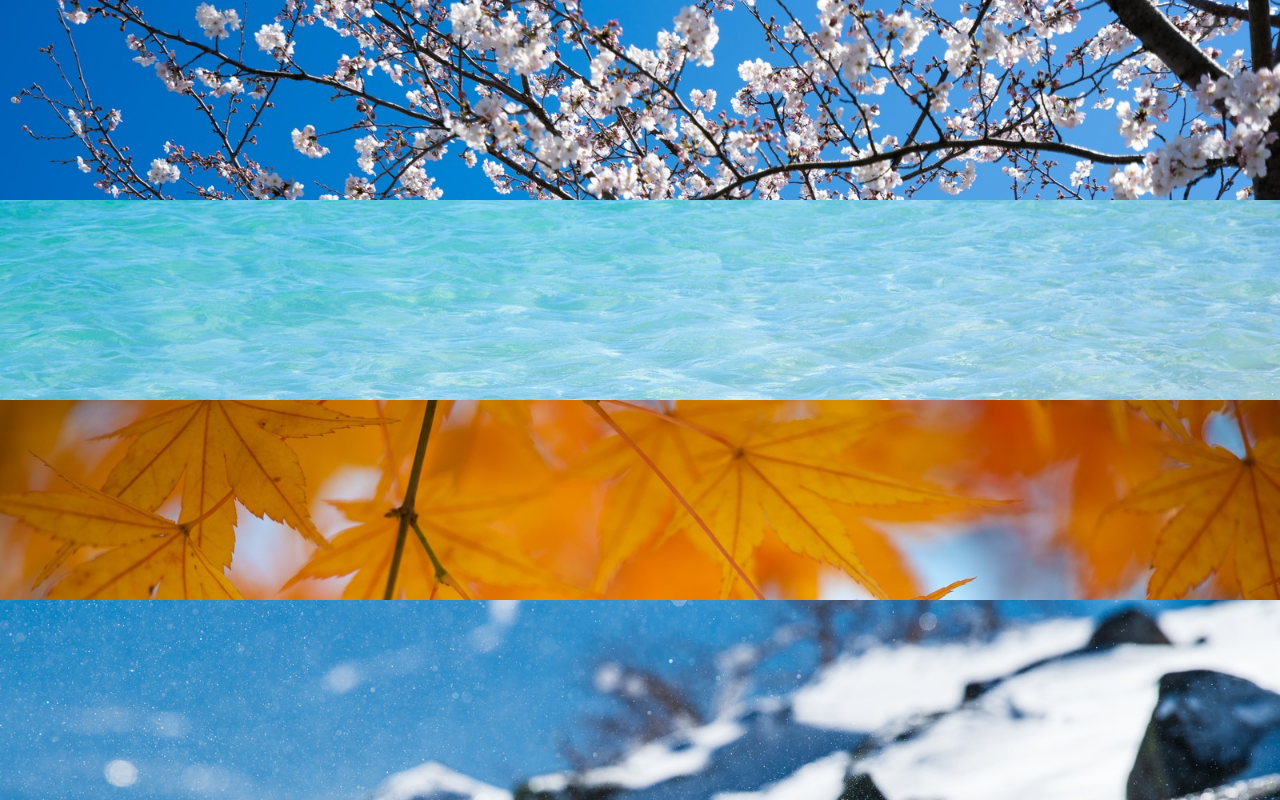
Repository: hayase-m/Webcamp
Page: chapter6/chapter6.html
The author's editor kept a record of every edit. The page is drawn from the files as they stood at one moment, then again after the next edit.
The browser window is 1280 px wide. The pictures show the whole page.

Above is the page before.

After the next edit:
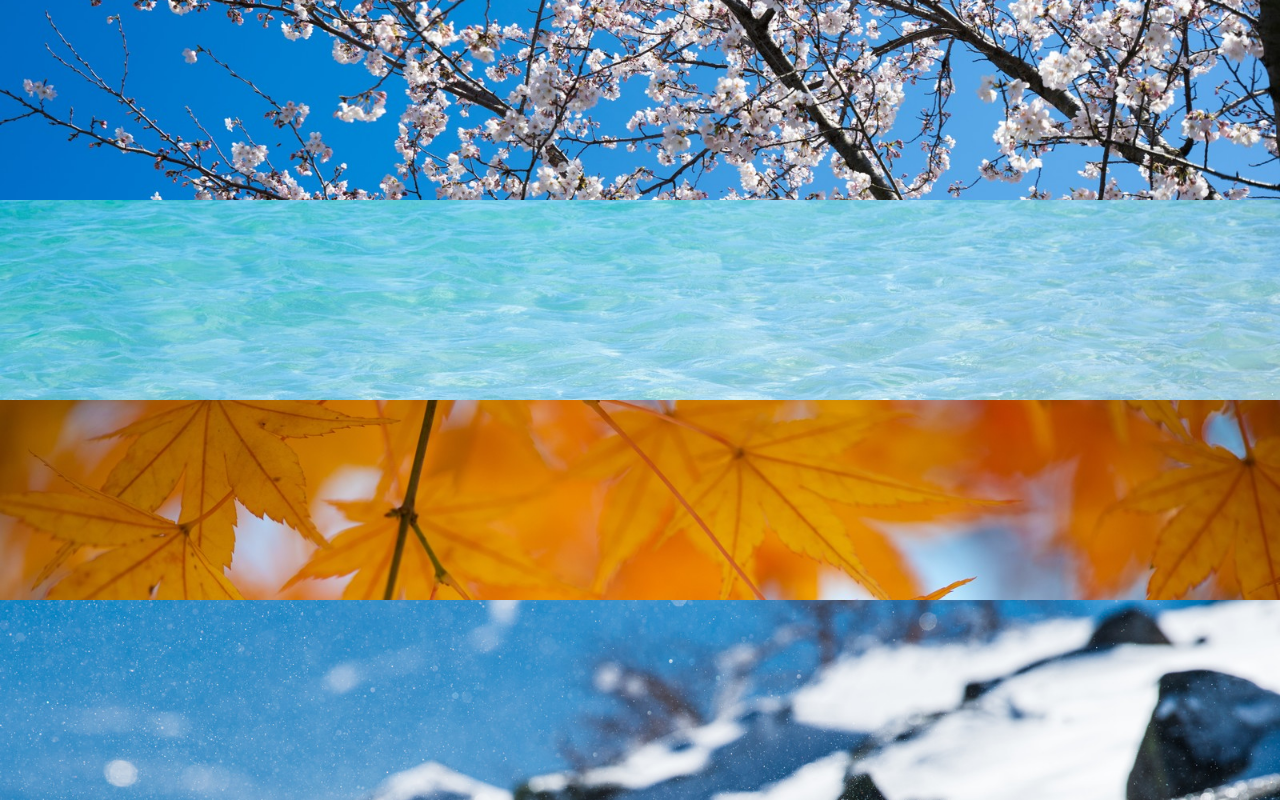
The edit:
--- a/chapter6/style.css
+++ b/chapter6/style.css
@@ -9,6 +9,7 @@
   height: 200px;
   background-image: url(img/box1.jpg);
   background-size: cover;
+  background-position: center;
 }
 
 .image2 {
